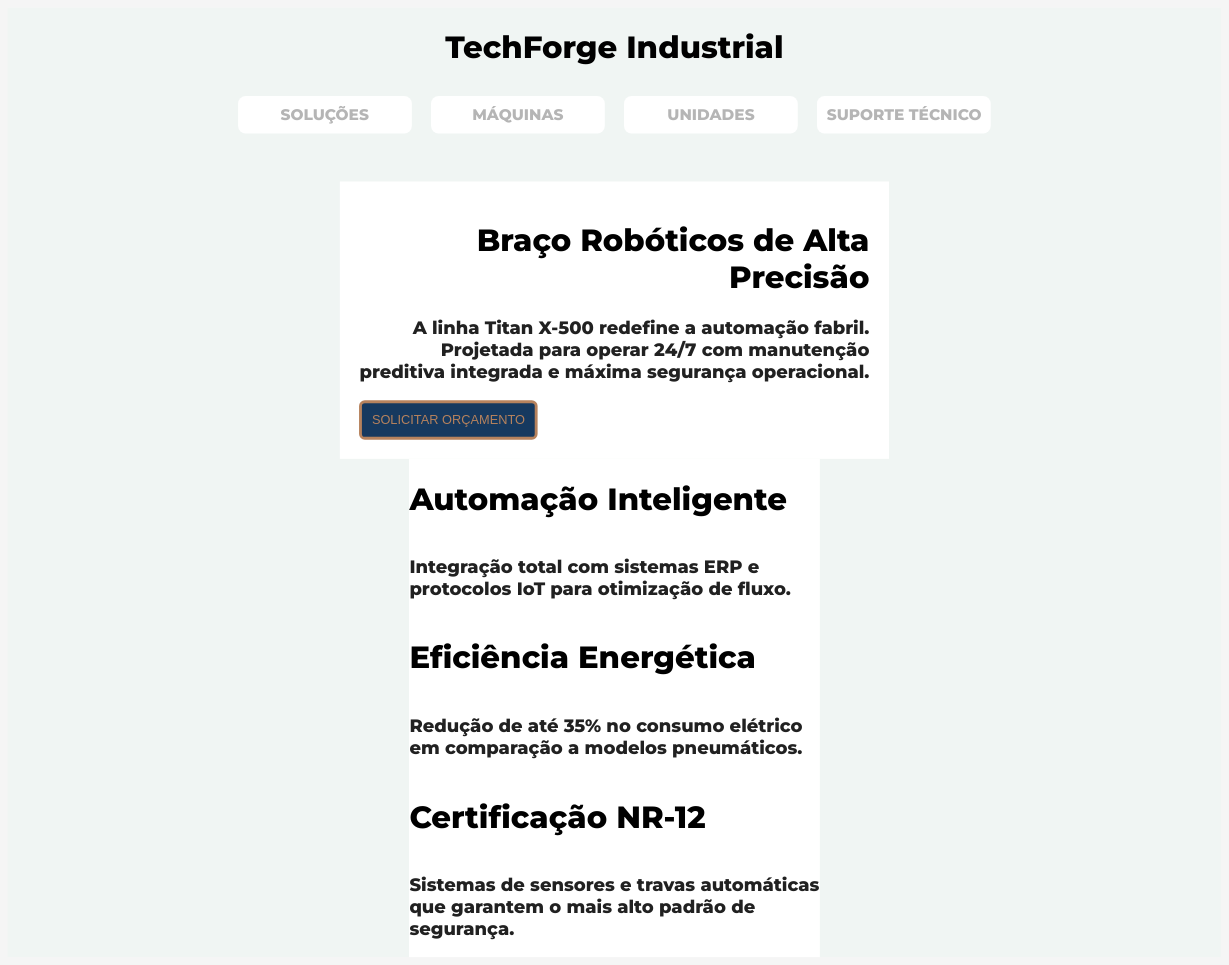
Repository: MiguelSebastiana/AtividadesFrontEnd
Page: aulaDia27Maio/index.html
The author's editor kept a copy of each file at every save. The page is drawn from the files as they stood at one save, then again after a run of saves.
The browser window is 1280 px wide. The pictures show the whole page, at 96% of full size.

Above is the page before, as saved 2026-05-27 19:02:17.

After the next 3 saves:
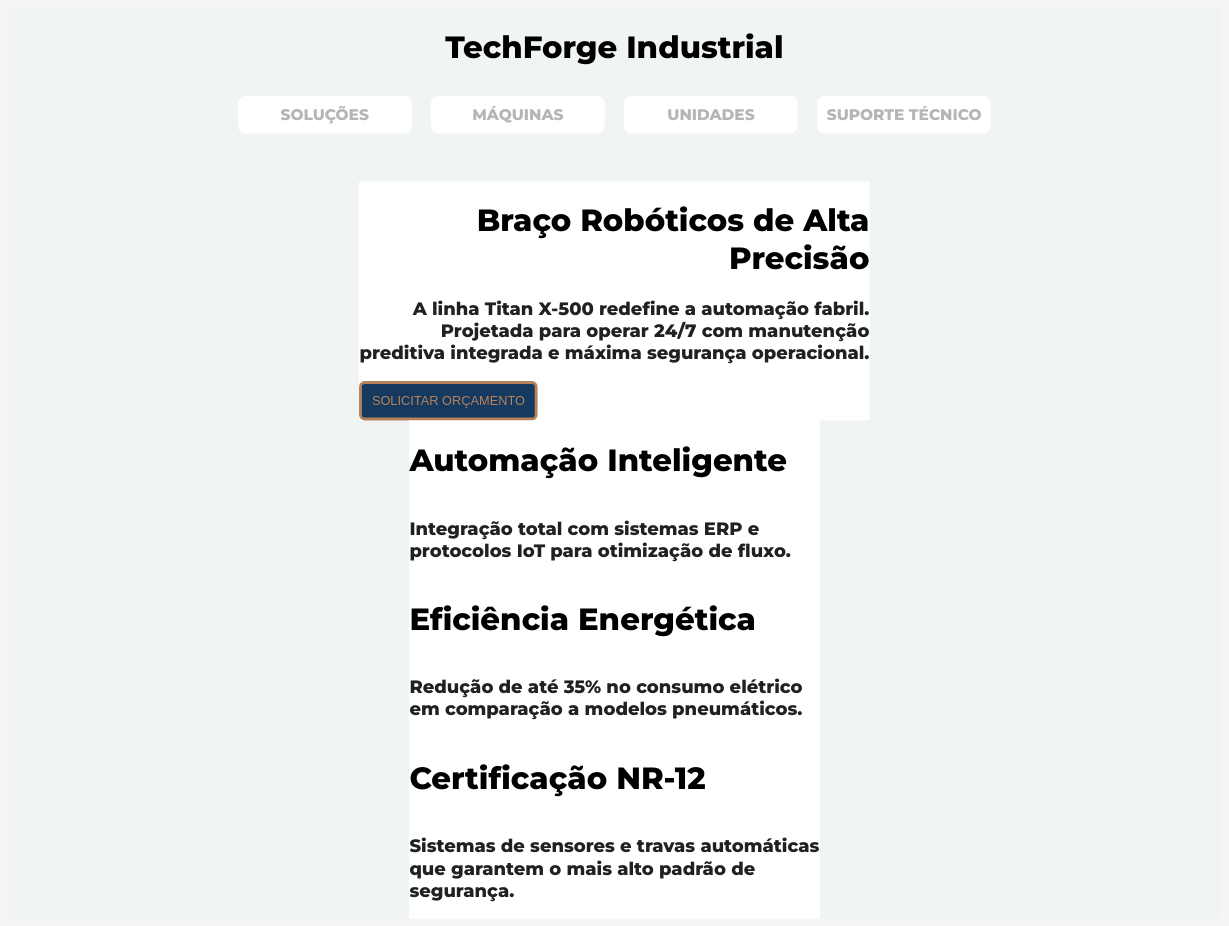
The 3 saves are shown as one change because they came seconds apart.
The last was saved 12 s later.
--- a/aulaDia27Maio/style.css
+++ b/aulaDia27Maio/style.css
@@ -29,7 +29,7 @@
 .heroSection {
     margin-top: 40px;
     text-align: end;
-    align-items: end;
+    ite
     padding: 20px;
     background: #FFFFFF;
 }

After the 6 saves that followed:
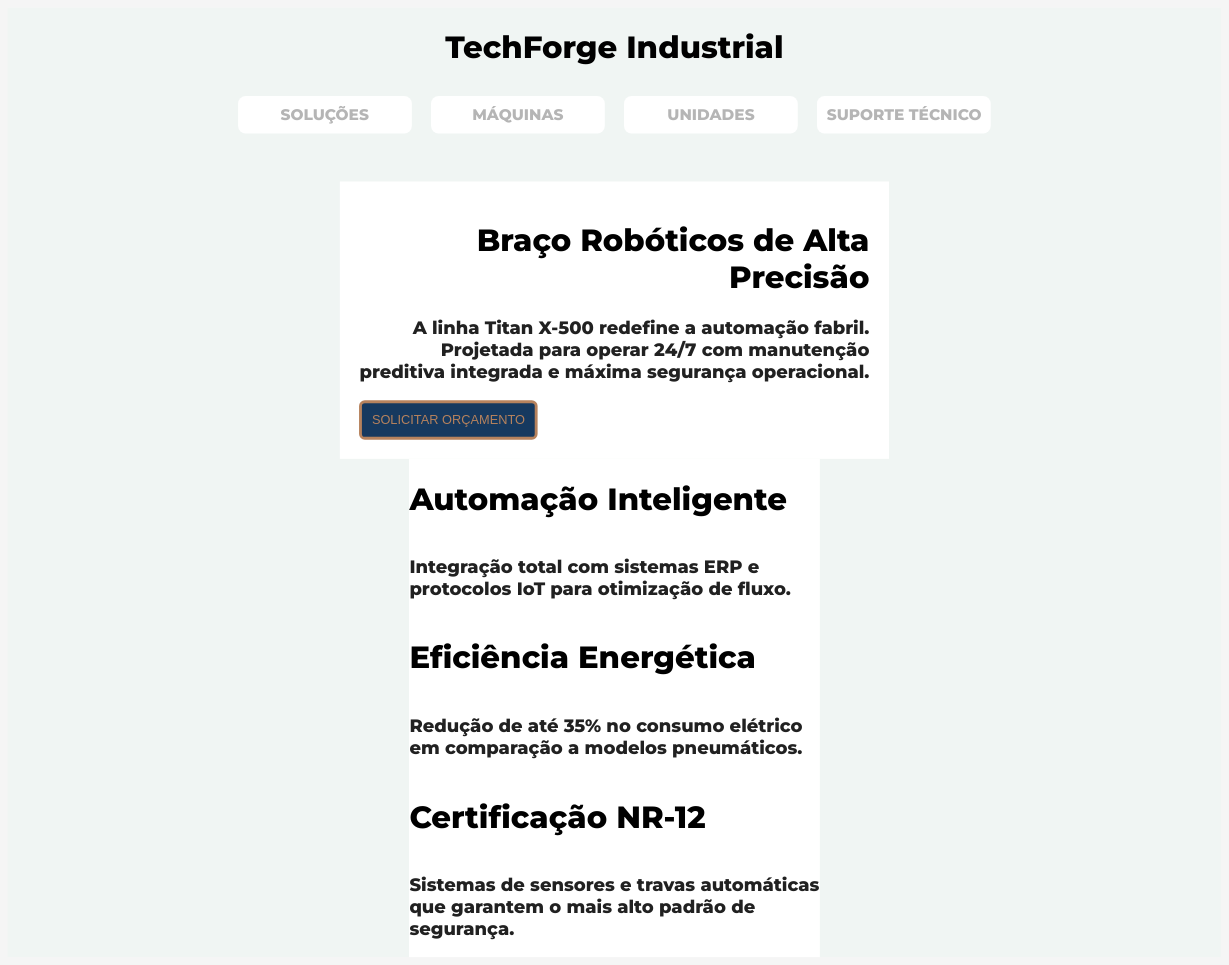
The 6 saves are shown as one change because 1 left the picture as it was and some came seconds apart.
The last was saved 17 s later.
--- a/aulaDia27Maio/style.css
+++ b/aulaDia27Maio/style.css
@@ -29,7 +29,7 @@
 .heroSection {
     margin-top: 40px;
     text-align: end;
-    ite
+    align-items: end;
     padding: 20px;
     background: #FFFFFF;
 }
